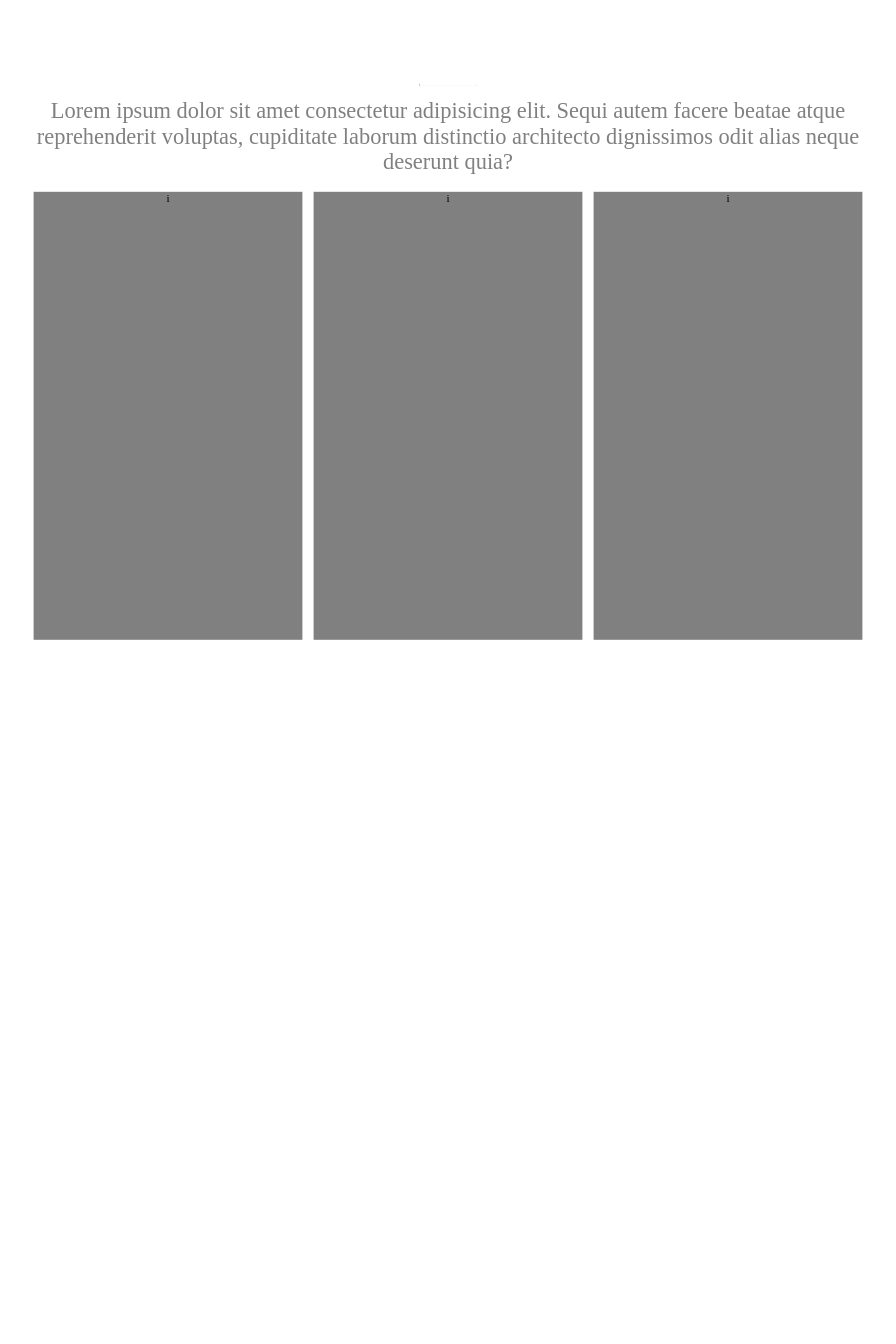
Repository: MohmdMHR/limesharp-test
Page: /
These files come from the project's save history. The page is drawn as it stood at one moment and after the next save; the edit follows.
The browser window is 1280 px wide. The pictures show the part of the page from y = 0 to 1920 px (the page is 5506 px tall before and 5994 px after), at 70% of full size.
The project was rebuilt for these pictures with package versions that can differ from the ones it lists, and the page was loaded fresh each time. Also part of the build but not shown: vue.config.js.

Above is the page before, as saved 2022-07-20 17:47:29.

After the next save:
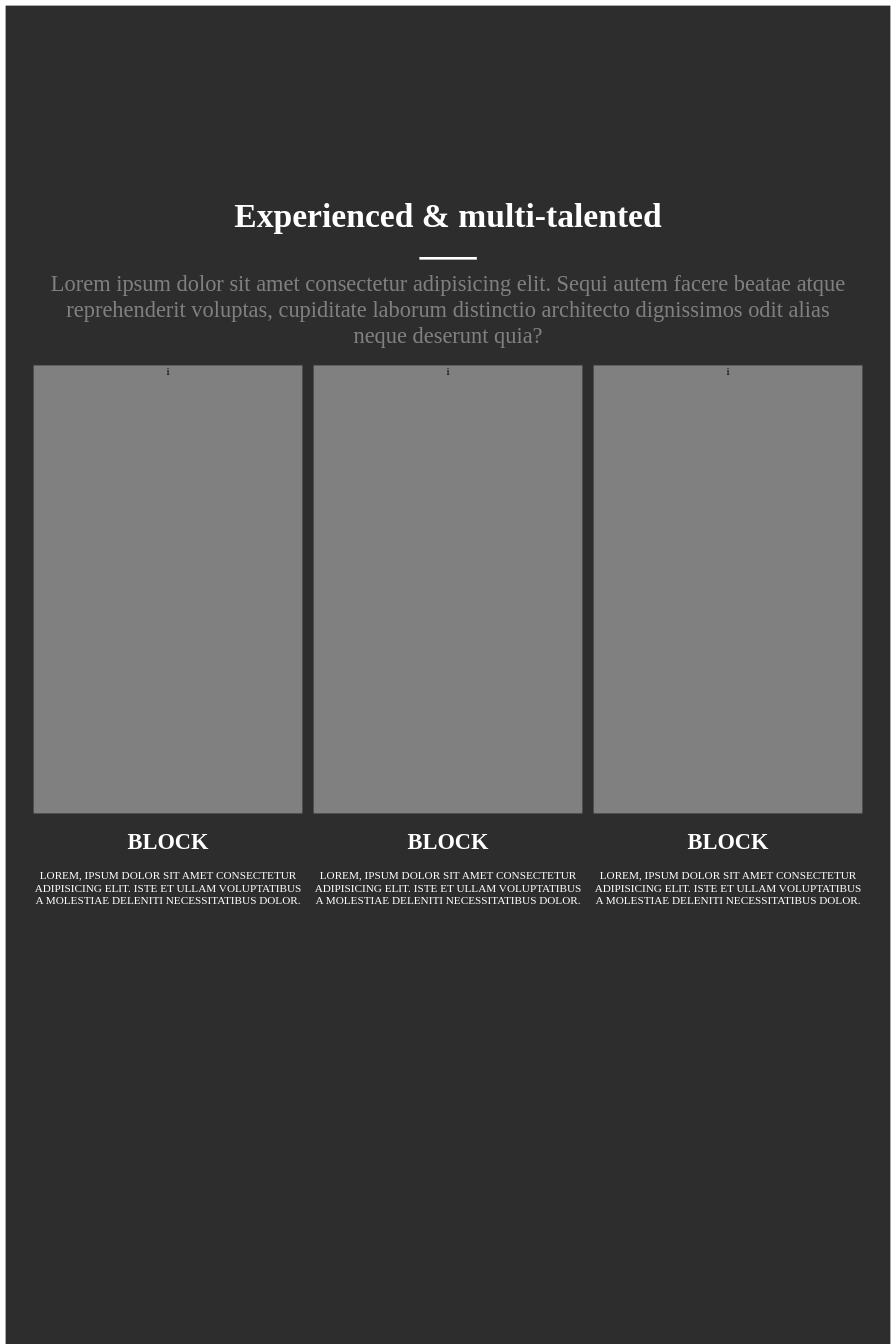
Saved 106 s later.
--- a/src/Main.vue
+++ b/src/Main.vue
@@ -1,5 +1,5 @@
 <template>
-  <div class="container">
+  <div class="main container">
     <h1 class="main-title">Experienced & multi-talented</h1>
     <hr class="spacer" />
     <div class="main-content">
@@ -34,6 +34,10 @@ export default {
 </script>
 
 <style lang="scss" scoped>
+.main {
+  padding: 15rem 2rem;
+  background-color: rgb(46, 45, 45);
+}
 .main-title {
   color: white;
   text-align: center;
